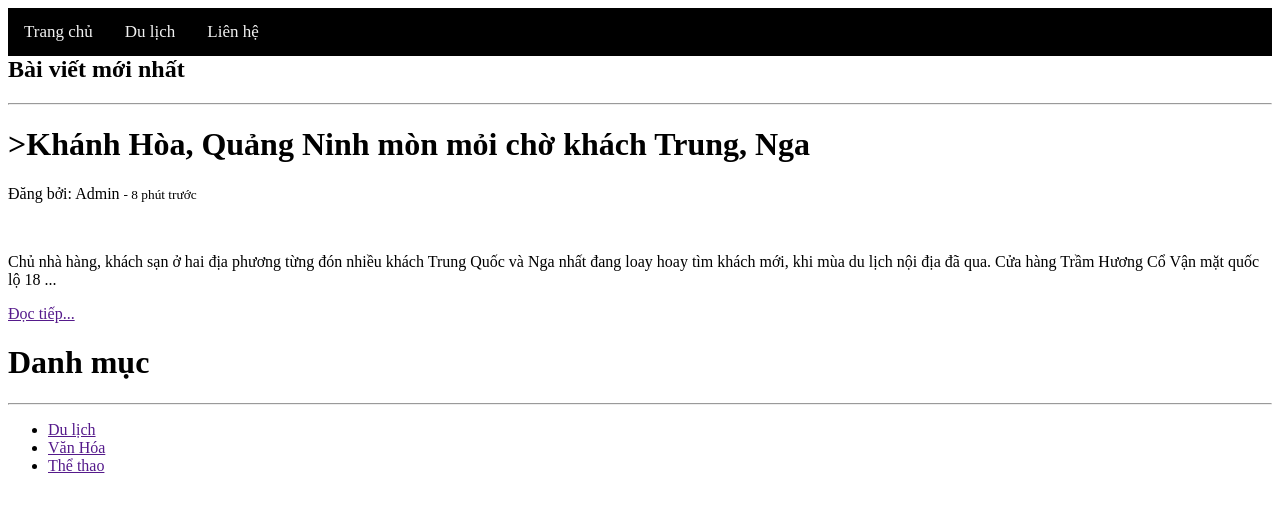
Repository: Lehuyhuynh/BTH2-CSS
Page: BTH3/BTH4/index.html
An editor plug-in stored every save of this project. The page is shown before and after the next save, followed by the edit.
The browser window is 1280 px wide. The pictures show the whole page.

Above is the page before, as saved 2023-08-11 16:54:21.

### BTH3/BTH4/index.html
<!DOCTYPE html>
<html lang="en">
<head>
  <meta charset="UTF-8">
  <meta name="viewport" content="width=device-width, initial-scale=1.0">
  <link rel="stylesheet" href="style.css">
  <title>BTH4</title>
</head>
<body>
  <div class="container">

    <div class="navbar">
      <a href="Trang chủ">Trang chủ</a>
      <a href="Du lịch">Du lịch</a>
      <a href=" Liên hệ">Liên hệ</a>
    </div>

    <div class="contenr">
      <div class="posts">
        <div class="title">
          <h2>Bài viết mới nhất</h2>
        </div>
        <hr class="hr">
        <div class="first">
          <h1>>Khánh Hòa, Quảng Ninh mòn mỏi chờ khách Trung, Nga</h1>
          <p>Đăng bởi: Admin <small>- 8 phút trước</small></p>
          <img src="" alt="">
          <p>Chủ nhà hàng, khách sạn ở hai địa phương từng đón nhiều khách Trung Quốc và Nga nhất đang loay hoay tìm khách mới, khi mùa du lịch nội địa đã qua. Cửa hàng Trầm Hương Cổ Vận mặt quốc lộ 18 ...</p>
          <a href="">Đọc tiếp...</a>
        </div>
      </div>

      <div class="list">
        <h1>Danh  mục</h1>
        <hr class="hr">
        <ul>
          <li><a href="">Du lịch</a></li>
          <li><a href="">Văn Hóa</a></li>
          <li><a href=""> Thể thao</a></li>
        </ul>
      </div>
    </div>
  </div>

</body>
</html>

### BTH3/BTH4/style.css
.container {
  width: 100%;
  margin: 0 auto;
  height: auto;
  float: left;
}

.navbar {
  overflow: hidden;
  background-color: black;
  float: left;
  top: 0;
  width: 100%;
}

.navbar a {
  float: left;
  display: block;
  color: #f2f2f2;
  text-align: center;
  padding: 14px 16px;
  text-decoration: none;
  font-size: 17px;
}

.navbar a:hover {
  background: #ddd;
  color: black;
}
.contenr{

}

After the next save:
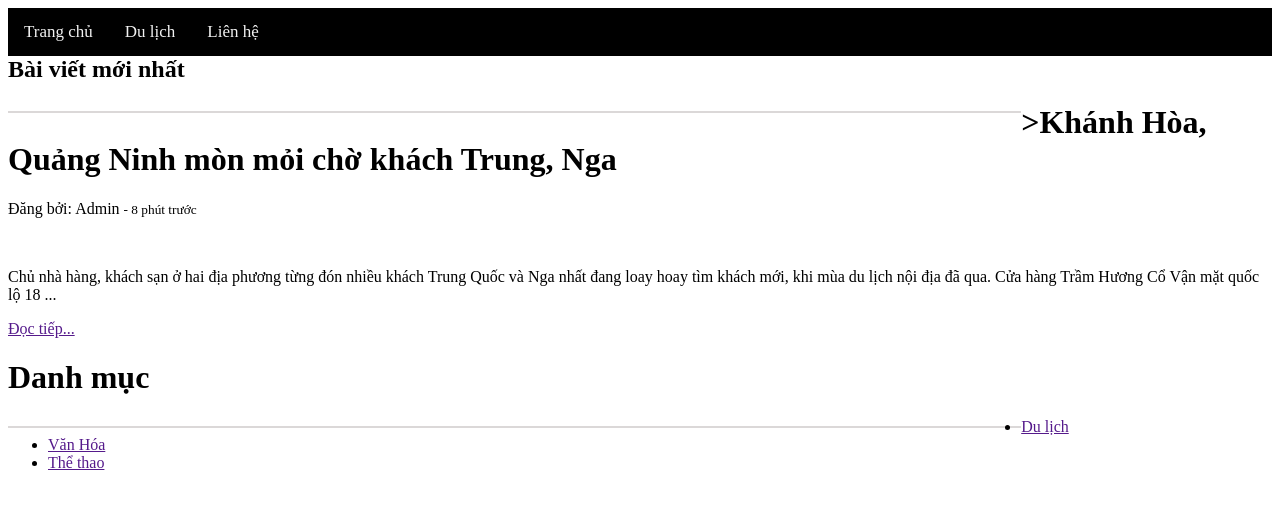
Saved 66 s later.
--- a/BTH3/BTH4/style.css
+++ b/BTH3/BTH4/style.css
@@ -27,6 +27,41 @@
   background: #ddd;
   color: black;
 }
-.contenr{
+.content {
+  width: 1024px;
+  margin: 0 auto;
+  height: 300px;
+}
 
+.new-posts {
+  width: 70%;
+  height: 100%;
+  float: left;
 }
+
+.list-category {
+  width: 30%;
+  float: left;
+  height: 100%;
+}
+
+.hr {
+  width: 80%;
+  border: 1px solid #dbd8d8;
+  float: left;
+}
+
+.first-post {
+  width: 100%;
+  float: left;
+}
+
+.first-post img {
+  text-align: center;
+  width: 80%;
+}
+
+.category-name {
+  float: left;
+  font-size: 18px;
+}
